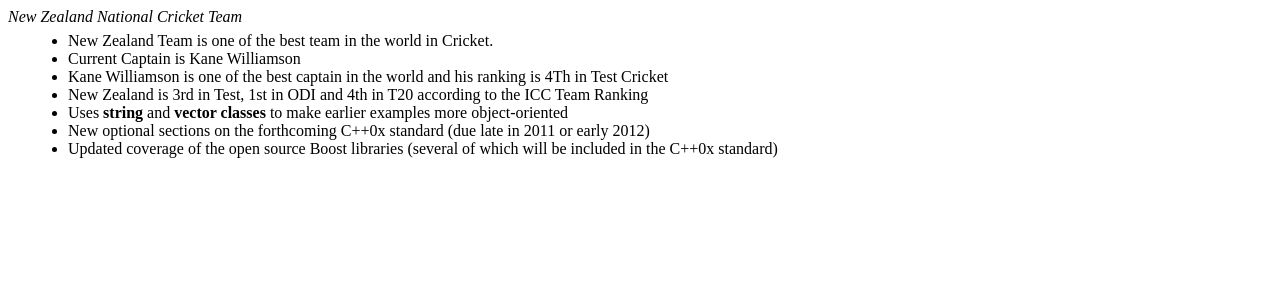
Repository: devanshudave1901/DevanshuDave_Sec002_ICE-05
Page: InfoFiles/newZealandCricket.html
An editor plug-in stored every save of this project. The page is shown before and after the next save, followed by the edit.
The browser window is 1280 px wide. The pictures show the whole page.

Above is the page before, as saved 2022-03-20 21:03:01.

### InfoFiles/newZealandCricket.html
<!DOCTYPE html>
<html>
<head>
<meta charset="utf-8">
<title>
</title>
</head>
<body>
<div>
<i>New Zealand National Cricket Team</i><ul style="margin: 6px 0px 6px 20px; text-indent: 0pt;"> <li> New Zealand Team is one of the best team in the world in Cricket.
<li >Current Captain is </b> Kane Williamson</li
><li > Kane Williamson is one of the best captain in the world and his ranking is 4Th in Test Cricket </li>
<li>New Zealand is 3rd in  Test, 1st in ODI and 4th in T20 according to the ICC Team Ranking</li>
<li>Uses <b  >string </b>and <b>vector classes </b>to make earlier examples more object-oriented</li>
<li >New optional sections on the forthcoming C++0x standard (due late in 2011 or early 2012) </li>
<li>Updated coverage of the <a >open source</a> Boost libraries (several of which will be included in the C++0x standard)</li></ul>
</div>
</body>
</html>

After the next save:
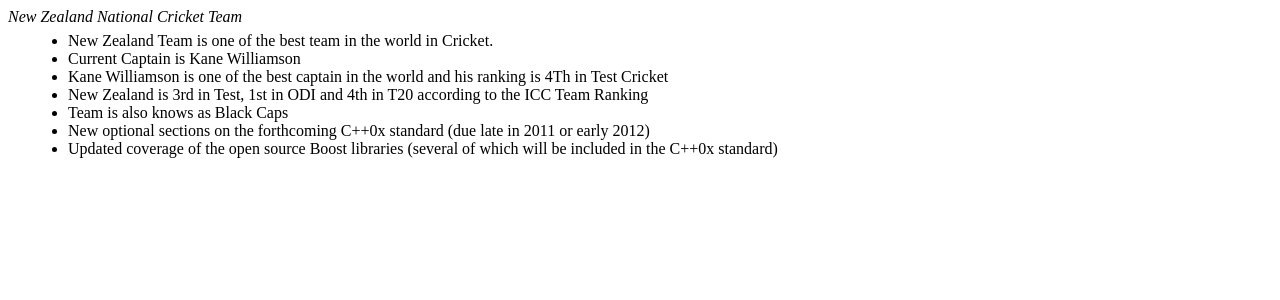
Saved 2 min 23 s later.
--- a/InfoFiles/newZealandCricket.html
+++ b/InfoFiles/newZealandCricket.html
@@ -11,7 +11,7 @@
 <li >Current Captain is </b> Kane Williamson</li
 ><li > Kane Williamson is one of the best captain in the world and his ranking is 4Th in Test Cricket </li>
 <li>New Zealand is 3rd in  Test, 1st in ODI and 4th in T20 according to the ICC Team Ranking</li>
-<li>Uses <b  >string </b>and <b>vector classes </b>to make earlier examples more object-oriented</li>
+<li>Team is also knows as Black Caps</li>
 <li >New optional sections on the forthcoming C++0x standard (due late in 2011 or early 2012) </li>
 <li>Updated coverage of the <a >open source</a> Boost libraries (several of which will be included in the C++0x standard)</li></ul>
 </div>
